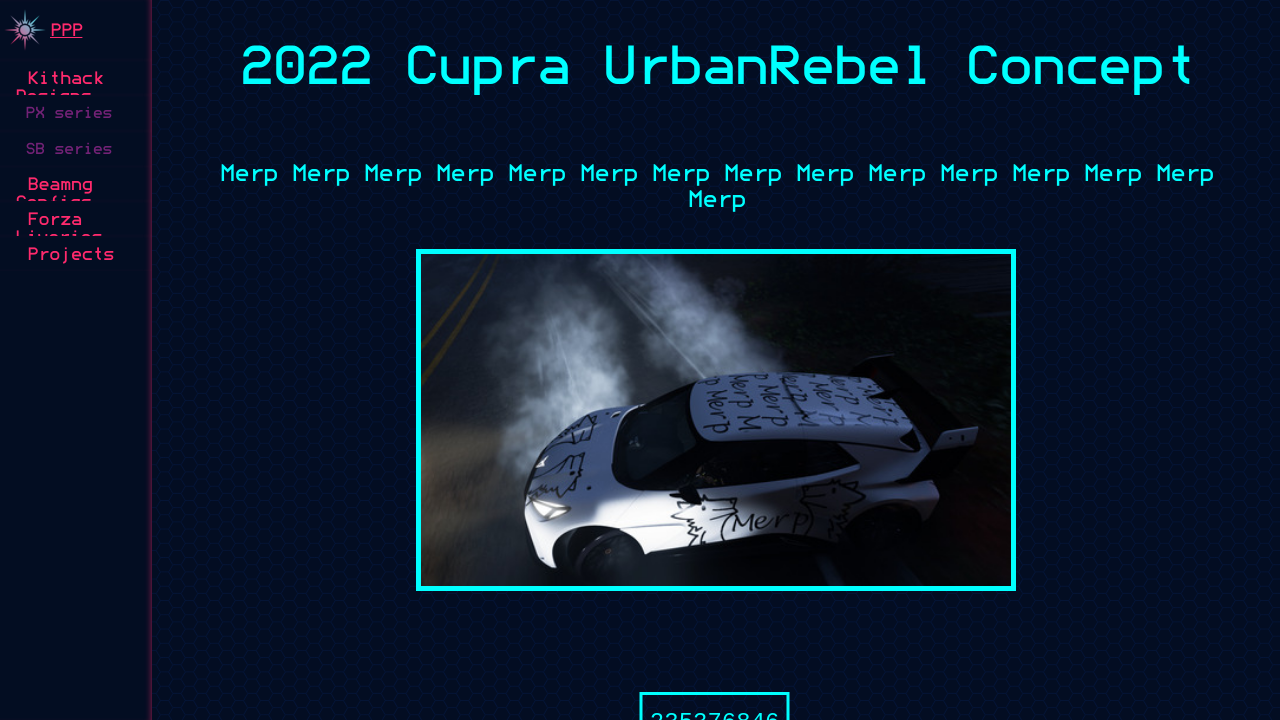
Repository: Pamishly/PamishlysPlayPlace
Page: ForzaHTML/CardPages/FH5-Merpnismogtrlm.html
The author's editor kept a copy of each file at every save. The page is drawn from the files as they stood at one save, then again after the next save.
The browser window is 1280 px wide. The pictures show the whole page.
An inner scrolling area shows only its first screen.

Above is the page before, as saved 2024-09-14 16:19:06.

### ForzaHTML/CardPages/FH5-Merpnismogtrlm.html
<!DOCTYPE html>
<html lang="en">
  <head>
    <meta charset="UTF-8">
    <meta name="viewport" content="width=device-width, initial-scale=1.0">
    <meta http-equiv="X-UA-Compatible" content="ie=edge">
    <link rel="stylesheet" href="../../main.css">
    <link rel="icon" type="image/x-icon" href="../../logo.ico">
    <title>PPP | FH5 UrbanRebel</title>
  </head>
  <body>
    <div class="container">
        <nav class="menu">
            <iframe src="../../navbar.html" seamless="seamless"></iframe>
        </nav>
        <main class="main">
          <div class="information">
            <h1>2022 Cupra UrbanRebel Concept</h1>
            <br>
            <p>Merp Merp Merp Merp Merp Merp Merp Merp Merp Merp Merp Merp Merp Merp Merp</p>
            <br>
            <img src="PageImages/FH5-Merpurbanrebel.jpg">
            <br>
              <div class="dwn-button">
                <p>235376846</p>
              </div>
          </div>
        </main>
    </div>
  </body>
</html>

### main.css
* {
	margin: 0;
	padding: 0;
	box-sizing: border-box;
}
body {
	font-family: Headers;
    background-color: #030D22;
    box-shadow: inset -8px 0 8px -8px #ff2a6d;
}
@font-face {
	font-family: Headers;
	src: url("Modenine-2OPd.ttf");
	font-weight: bold;
}
.container {
	width: 100%;
	height: 100%;
}
nav {
	position: fixed;
	display: flex;
	align-items: flex-start;
	width: 12%;
	height: 100%;
	background-color: #111;
}
main {
	position: fixed;
	right: 0;
	width: 88.1%;
	height: 100%;
	background: url("Background.png");
	overflow: auto;
	padding: 40px;
    color: cyan;
}
h1 {
	font-weight: bold;
	margin-bottom: 50px;
	font-size: 55px;
	text-align: center;
    color: cyan;
}
p {
	margin-bottom: 20px;
	line-height: 26px;
    font-size: 24px;
    text-align: center;
    color: cyan;
}
li, ul label.title, ul, a {
	width: 100%;
	color: #ff2a6d;
	font-family: Headers;
	display: block;
	font-weight: bold;
}
ul label {
	height: 35px;
    box-shadow: inset -8px 0 8px -8px #ff2a6d;
}
ul li{
	height: 35px;
	overflow: hidden;
	transition: all .3s;
}
li {
	display: block;
	background:#030D22;
}
label.title {
    text-align: left;
	font-size: 18px;
	background:#030D22;
	padding: 10px 15px;
	cursor: pointer;
    transition: all .25s;
    overflow: hidden;
}
.sidebutton{
	font-size: 16px;
	text-decoration: none;
	color: #722276;
	display: block;
	padding: 10px 25px;
	transition: all .25s;
    box-shadow: inset -8px 0 8px -8px #ff2a6d;
	font-family: Headers;
}
.sidebutton:hover {
    box-shadow: inset -15px 0 8px -8px #ff2a6d;
	text-shadow: 0px 0px 10px #ff2a6d;
	background: #0A2F66;
	color: #FF23BC;
}
label:hover {
	text-shadow: 0px 0px 10px #ff2a6d;
	background: #0A2F66;
    box-shadow: inset -15px 0 8px -8px #ff2a6d;
}
input[type="radio"] {
	display: none;
}
.sitename{
	height:60px;
}
.sitename label {
	height: 60px;
	padding: 5px 0px;
}
.sitename img{
	float:left;
	padding: 0px 0px;
}
.sitename p{
	text-align: left;
	font-size: 18px;
	padding: 10px 25px;
	margin-top: 10px;
	cursor: pointer;
	width: 100%;
	color: #ff2a6d;
	font-family: Headers;
	display: block;
	font-weight: bold;
}
#ppp:checked + li {
	height: 0px;
}
#preferences:checked + li {
    height: 70px;
}
#beamng:checked + li {
    height: 178px;
}
#kithack:checked + li {
    height: 106px;
}
#projects:checked + li {
    height: 70px;
}
i {
	margin-right: 12px;
}
@media screen and (max-width: 600px){
	nav {
		width: 100%;
		position: relative;
	}
	main {
		width: 100%;
		position: relative;
	}
}
.card{
    position: relative;
    display: flex;
    flex-flow: column nowrap;
    width: 350px;
    height: 550px;
    border: solid cyan;
    text-align: center;
    margin: 15px;
	text-decoration: none;
	font-weight: unset;
	font-family: monospace;
	color: cyan;
}
.cardcontainer{
    display: flex;
    flex-flow: row wrap;
    align-content: space-around;
    justify-content: center;
    width:75%;
    margin-left: 12.5%;
}
.card img{
    width: auto;
    align-content: flex-start;
    justify-content: center;
}
.card p{
    padding: 15px;
    align-content: center;
    justify-content: center;
	margin-bottom: 20px;
	line-height: 26px;
    font-size: 24px;
    text-align: center;
    color: cyan;
}
.card h3{
	font-size: 24px;
	font-family: Headers;
}
.card:hover{
	background:#00aeff2c;
}
iframe{
	width:100%;
	height:100%;
}
iframe[seamless]{
    background-color: transparent;
    border: 0px none transparent;
    padding: 0px;
    overflow: hidden;
}
.dwn-button{
	position: relative;
    display: flex;
    flex-flow: column nowrap;
    width: 150px;
    height: 70px;
    border: solid cyan;
    text-align: center;
    margin: 15px;
	font-weight: unset;
	font-family: monospace;
	color: cyan;
    left: 50%;
    transform: translate(-61%,100%);
}
.dwn-button:hover {
    background: darkcyan;
}
.dwn-button p{
	padding-top: 15px;
}
.information{
	display: flex;
	flex-flow: column nowrap;
}
.information p {
	margin-bottom: 20px;
	line-height: 26px;
    font-size: 24px;
	justify-content: center;
    color: cyan;
}
.information img {
	border: cyan 5px solid;
	align-self: center;
	width: 600px;
}
@media screen and (max-width: 800px) {
	.information img {
	  width: 500px;
	}
	.information h1{
		font-size: 28px;
	}
	.card p{
		padding: 0%;
		font-size: 9px;
		line-height: 11px;
	  }
	  .card h3{
		  font-size: 12px;
	   }
	  .card {
		  width: 160px;
		  height: 200px;
		  margin: 2px;
	  }
	  .cardcontainer{
		width:100%;
		margin-left: 0%;
	  }
	  h1 {
		  font-size: 16px;
		  line-height: 18px;
		  margin-bottom: 5px;
	  }
	  p	{
		  font-size: 10px;
		  line-height: 12px;
	  }
	  main{
		height: 100vh;
	  }
  }
  @media screen and (max-width: 500px) {
	.information img {
	  width: 300px;
	}
  }
.information h1 {
	justify-content: center;
}
.main {
    -ms-overflow-style: none;  /* Internet Explorer 10+ */
    scrollbar-width: none;  /* Firefox */
}
.main::-webkit-scrollbar {
    display: none;  /* Safari and Chrome */
}

### navbar.html

<ul>
    <input type="radio" name="menu" id="ppp">
    <li class="sitename">
        <a href="./homepage.html"  target="_top"><label for="edit" class="title"><i class="fa fa-ppp"></i><img src="./logo.png"><p>PPP</p></label></a>
    </li>
    <input type="radio" name="menu" id="kithack" checked>
    <li>
        <label for="kithack" class="title"><i class="fa fa-kithack"></i>Kithack Designs</label>
        <a  class="sidebutton" href="./KitHackHTML/PXseries.html" target="_top">PX series</a>
        <a  class="sidebutton" href="./KitHackHTML/SBseries.html" target="_top">SB series</a>
    </li>
    <input type="radio" name="menu" id="beamng">
    <li>
        <label for="beamng" class="title"><i class="fa fa-beamng" target="_top"></i>Beamng Configs</label>
        <a class="sidebutton" href="./BeamngHTML/dune-builds.html" target="_top">Dune Builds</a>
        <a class="sidebutton" href="./BeamngHTML/street-builds.html" target="_top">Street Builds</a>
        <a class="sidebutton" href="./BeamngHTML/derby-builds.html" target="_top">Derby Builds</a>
        <a class="sidebutton" href="./BeamngHTML/speed-builds.html" target="_top">Top Speed Builds</a>
    </li>
    <input type="radio" name="menu" id="preferences">
    <li>
        <label for="preferences" class="title"><i class="fa fa-gears"></i>Forza Liveries</label>
        <a class="sidebutton" href="./ForzaHTML/Horizon5.html" target="_top">Horizon 5</a>
    </li>
    <input type="radio" name="menu" id="projects">
    <li>
        <label for="projects" class="title"><i class="fa fa-projects"></i>Projects</label>
        <a class="sidebutton" href="./ProjectsHTML/PiProjects.html" target="_top">Pi Projects</a>
    </li>
</ul>

<link rel="stylesheet" href="main.css">

After the next save:
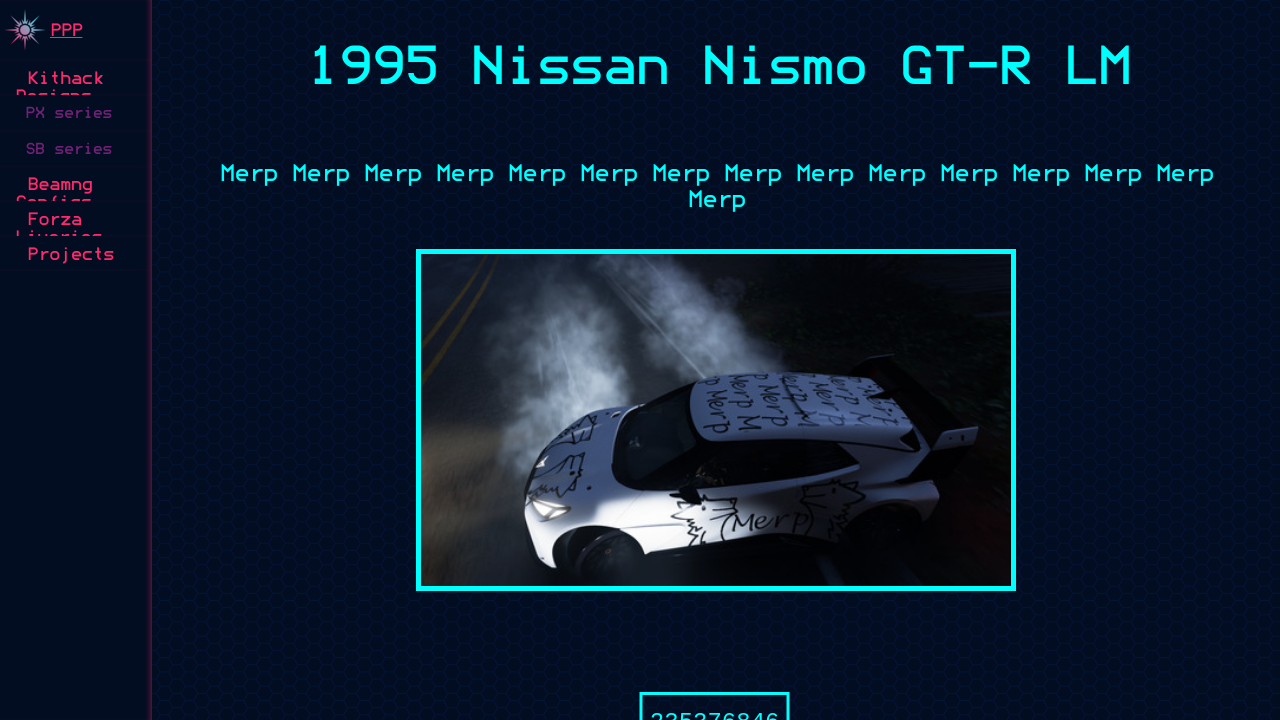
Saved 10 s later.
--- a/ForzaHTML/CardPages/FH5-Merpnismogtrlm.html
+++ b/ForzaHTML/CardPages/FH5-Merpnismogtrlm.html
@@ -15,7 +15,7 @@
         </nav>
         <main class="main">
           <div class="information">
-            <h1>2022 Cupra UrbanRebel Concept</h1>
+            <h1>1995 Nissan Nismo GT-R LM</h1>
             <br>
             <p>Merp Merp Merp Merp Merp Merp Merp Merp Merp Merp Merp Merp Merp Merp Merp</p>
             <br>
